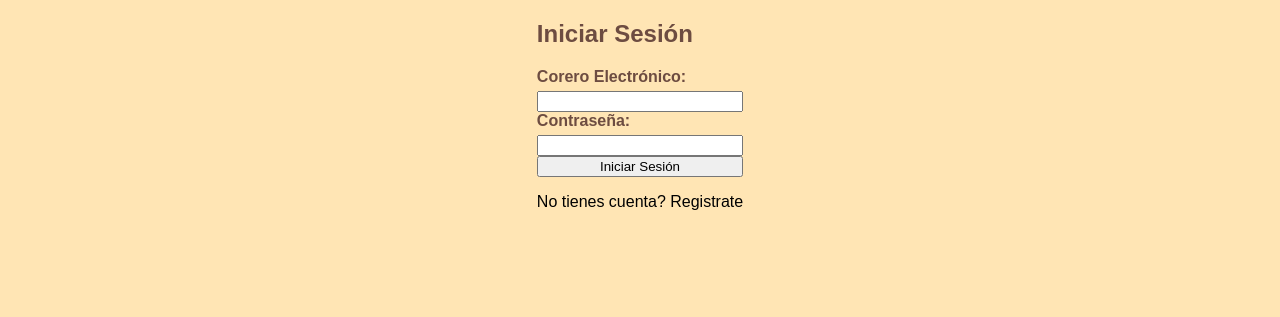
Repository: adriarodrisan/PetLover
Page: Paginas_web/Inicio_Sesion.html
An editor plug-in stored every save of this project. The page is shown before and after the next save, followed by the edit.
The browser window is 1280 px wide. The pictures show the whole page.

Above is the page before, as saved 2025-02-27 14:35:43.

After the next save:
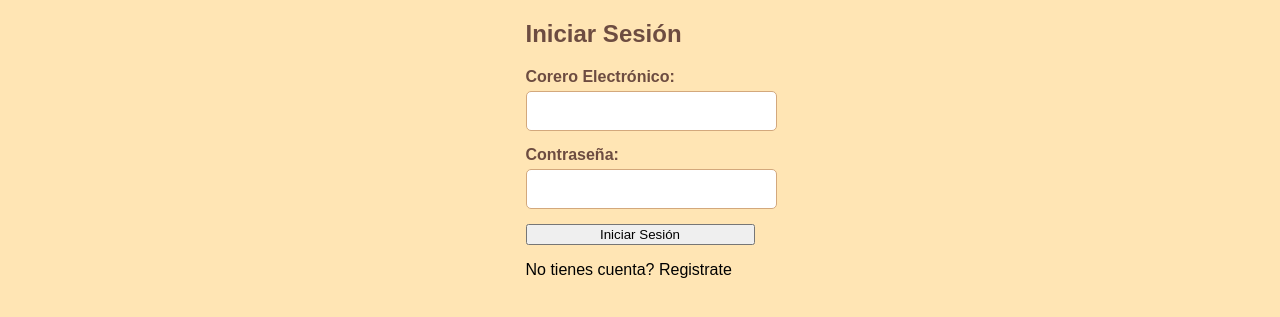
Saved 52 s later.
--- a/Css_Paginas/Inicio_Session.css
+++ b/Css_Paginas/Inicio_Session.css
@@ -29,5 +29,11 @@
     margin-bottom: 5px;
 }
 input{
+    padding: 10px;
+    margin-bottom: 15px;
+    border: 1px solid #d3a87c;
+    border-radius: 5px;
+    font-size: 1rem;
+    width: 100%;
 
 }
